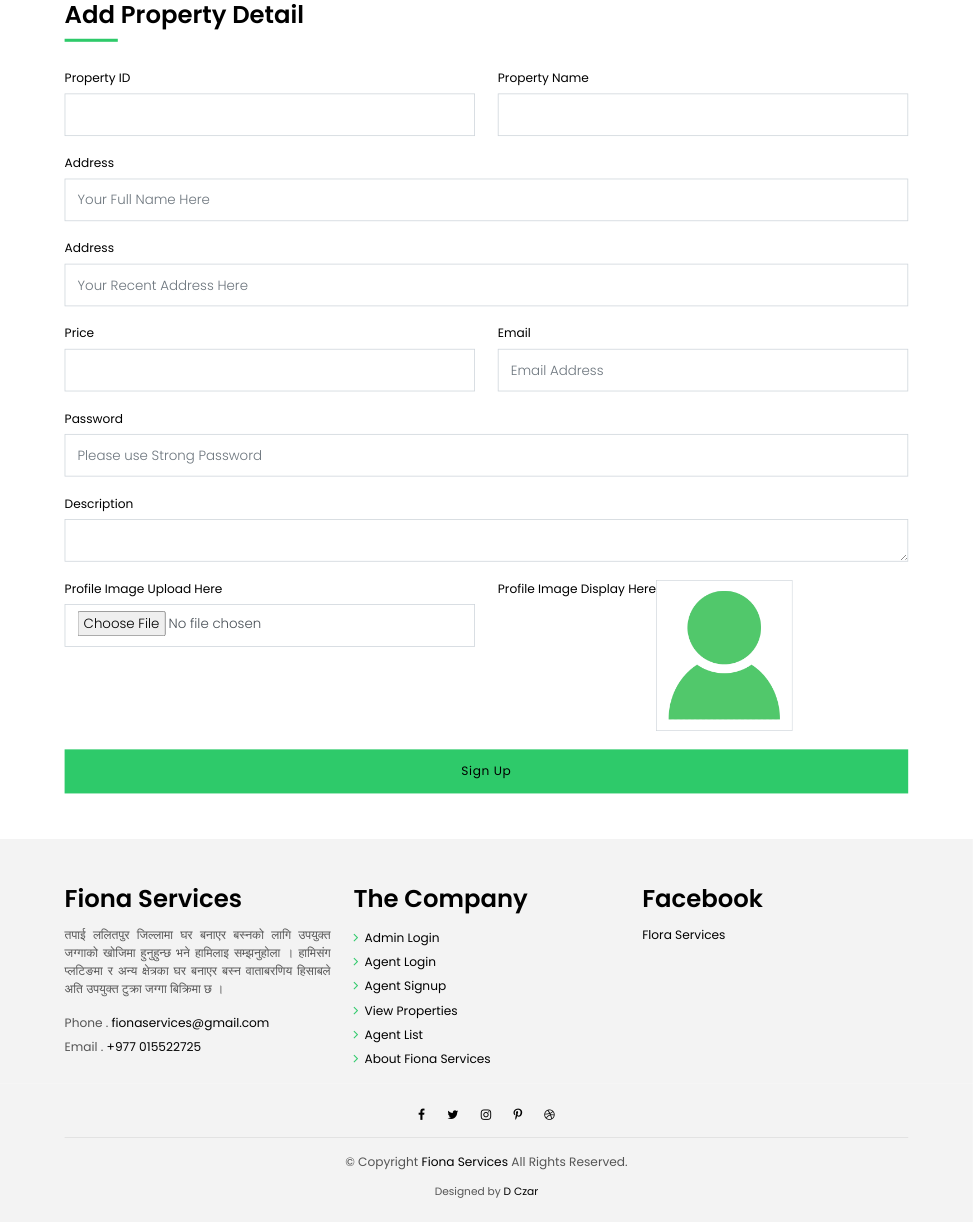
Repository: Sjuicyy/realstate
Page: Add-Property.html
The author's editor kept a copy of each file at every save. The page is drawn from the files as they stood at one save, then again after a run of saves.
The browser window is 1280 px wide. The pictures show the whole page, at 76% of full size.

Above is the page before, as saved 2022-10-13 15:35:55.

After the next 3 saves:
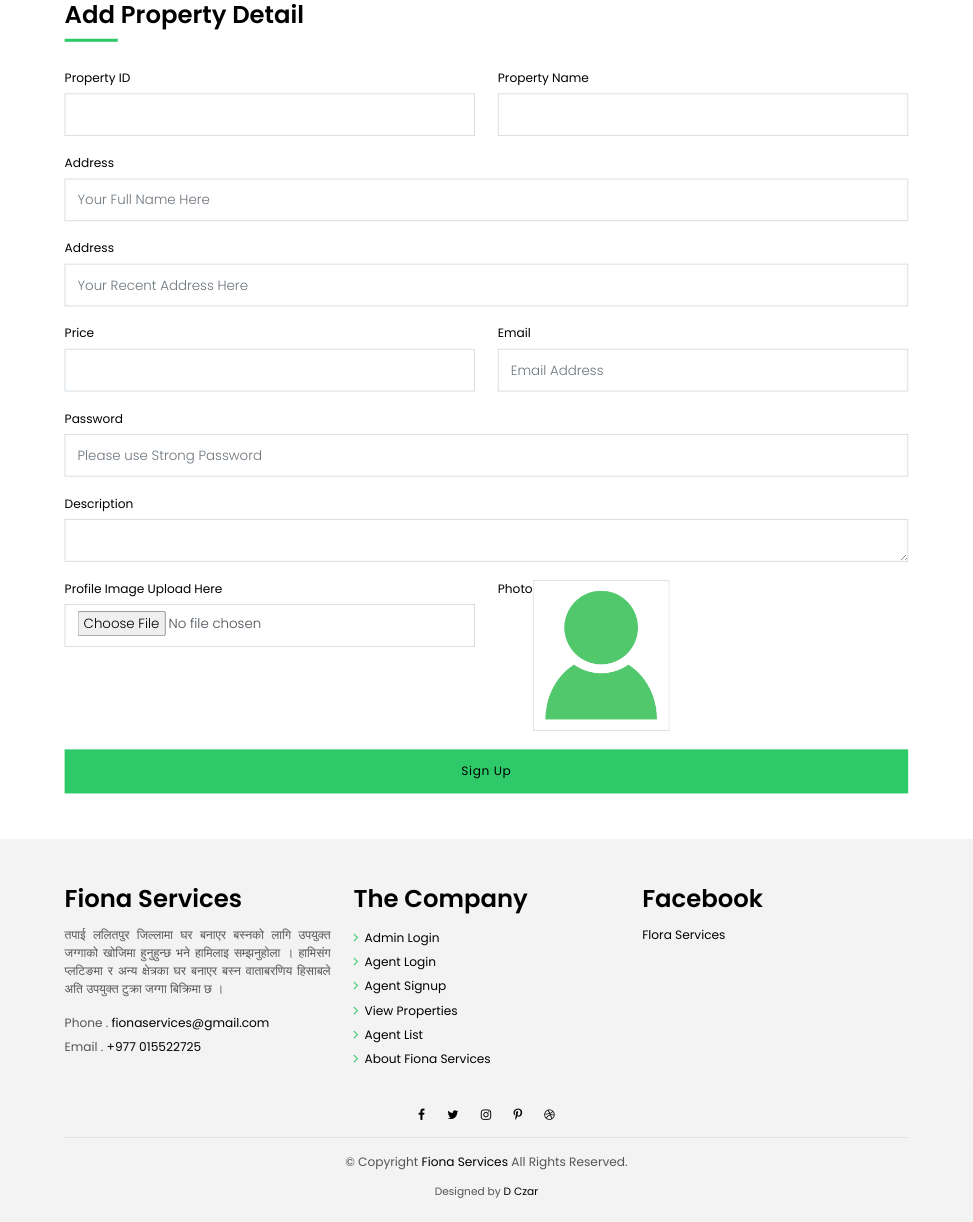
The 3 saves are shown as one change because they came seconds apart.
The last was saved 42 s later.
--- a/Add-Property.html
+++ b/Add-Property.html
@@ -178,7 +178,7 @@
             </div>
             <div class="col-md-6 mb-2">
               <div class="form-group text-center">
-                <label for="price" style="float: left">Profile Image Display Here</label>
+                <label for="price" style="float: left">Photo</label>
                 <img src="img/user.png" id="blah" class="form-control"
                   style="max-width:180px;width: 100%;height: auto;" />
               </div>
